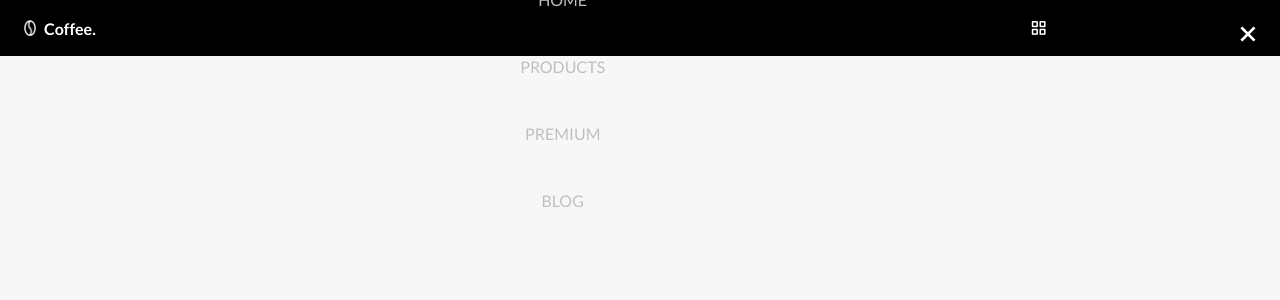
Repository: phong121020/coffee-responsive
Page: index.html
The author's editor kept a copy of each file at every save. The page is drawn from the files as they stood at one save, then again after the next save.
The browser window is 1280 px wide. The pictures show the whole page.

Above is the page before, as saved 2022-03-06 15:28:53.

### index.html
<!DOCTYPE html>
<html lang="en">
  <head>
    <meta charset="UTF-8" />
    <meta http-equiv="X-UA-Compatible" content="IE=edge" />
    <meta name="viewport" content="width=device-width, initial-scale=1.0" />
    <!-- link -->
    <link rel="stylesheet" href="./assets/css/style.css" />
    <!-- favicon -->
    <link
      rel="shortcut icon"
      href="./assets/img/favicon.png"
      type="image/x-icon"
    />
    <title>Document</title>
    <!-- boxicon -->
    <link
      href="https://unpkg.com/boxicons@2.1.1/css/boxicons.min.css"
      rel="stylesheet"
    />
  </head>
  <body>
    <!-- HEADER -->
    <header class="header" id="header">
      <nav class="nav container">
        <a href="#" class="nav__logo">
          <img src="./assets/img/logo.png" alt="" class="nav__logo-img" />
          Coffee.
        </a>
        <div class="nav__menu" id="nav-menu">
          <ul class="nav__list">
            <li class="nav__item">
              <a href="#home" class="nav__link">Home</a>
            </li>
            <li class="nav__item">
              <a href="#products" class="nav__link">Products</a>
            </li>
            <li class="nav__item">
              <a href="#premium" class="nav__link">Premium</a>
            </li>
            <li class="nav__item">
              <a href="#blog" class="nav__link">Blog</a>
            </li>
          </ul>
          <div class="nav__close" id="nav-close">
            <i class="bx bx-x"></i>
          </div>
        </div>
        <!-- Toggle button -->
        <div class="nav__toggle" id="nav-toggle">
          <i class="bx bx-grid-alt"></i>
        </div>
      </nav>
    </header>
    <!-- MAIN -->
    <main>
      <!-- HOME -->
      <section class="home grid" id="home">
        <div class="home__container">
          <div class="home__content container">
            <h1 class="home__title">
              Choose Your Favorite Coffe And Enjoy <span>.</span>
            </h1>
            <p class="home__desc">Buy the best and delicious coffees</p>
            <div class="home__data">
              <div class="home__data-group">
                <h2 class="home__data-number"></h2>
              </div>
            </div>
          </div>
        </div>
      </section>
    </main>
    <!-- JS -->
    <script src="./assets/js/app.js"></script>
  </body>
</html>

### assets/css/style.css
/*=============== GOOGLE FONTS ===============*/
@import url("https://fonts.googleapis.com/css2?family=Lato:wght@400;700&display=swap");

/*=============== VARIABLES CSS ===============*/
:root {
  --header-height: 3.5rem;

  /*========== Colors ==========*/
  --first-color: hsl(36, 72%, 48%);
  --first-color-alt: hsl(36, 72%, 44%);
  --black-color: hsl(206, 12%, 12%);
  --card-color: hsl(0, 0%, 90%);
  --title-color: hsl(206, 12%, 12%);
  --text-color: hsl(206, 4%, 42%);
  --text-color-light: hsl(206, 4%, 75%);
  --body-color: hsl(206, 4%, 97%);
  --container-color: #fff;

  /*========== Font and typography ==========*/
  --body-font: "Lato", sans-serif;
  --biggest-font-size: 2.25rem;
  --h1-font-size: 1.5rem;
  --h2-font-size: 1.25rem;
  --h3-font-size: 1rem;
  --normal-font-size: 0.938rem;
  --small-font-size: 0.813rem;
  --smaller-font-size: 0.75rem;

  /*========== Font weight ==========*/
  --font-bold: 700;

  /*========== z index ==========*/
  --z-tooltip: 10;
  --z-fixed: 100;
}

@media screen and (min-width: 968px) {
  :root {
    --biggest-font-size: 3.5rem;
    --h1-font-size: 2.25rem;
    --h2-font-size: 1.5rem;
    --h3-font-size: 1.25rem;
    --normal-font-size: 1rem;
    --small-font-size: 0.875rem;
    --smaller-font-size: 0.813rem;
  }
}

/*=============== BASE ===============*/
* {
  box-sizing: border-box;
  padding: 0;
  margin: 0;
}

html {
  scroll-behavior: smooth;
}

body {
  font-family: var(--body-font);
  font-size: var(--normal-font-size);
  background-color: var(--body-color);
  color: var(--text-color);
}

h1,
h2,
h3 {
  color: var(--title-color);
  font-weight: var(--font-bold);
}

h1,
h2,
h3,
p {
  line-height: 140%;
}

ul {
  list-style: none;
}

a {
  text-decoration: none;
}

img {
  max-width: 100%;
  height: auto;
}

button {
  border: none;
  outline: none;
  cursor: pointer;
}

/*=============== REUSABLE CSS CLASSES ===============*/
.container {
  max-width: 1024px;
  margin-left: 1.5rem;
  margin-right: 1.5rem;
}

.grid {
  display: grid;
  gap: 1.5rem;
}

.section {
  padding: 4.5rem 0 2rem;
}

.section__title {
  position: relative;
  font-size: var(--h1-font-size);
  padding-left: 1.25rem;
  margin-bottom: 2.5rem;
}

.section__title::before {
  content: "";
  position: absolute;
  top: 8px;
  left: 0;
  width: 3px;
  height: 20px;
  background-color: var(--first-color);
}

/* HEADER & NAV */
.header {
  width: 100%;
  background-color: #000;
  position: fixed;
  top: 0;
  left: 0;
  right: 0;
  z-index: var(--z-fixed);
}
.nav {
  height: var(--header-height);
  display: flex;
  justify-content: space-between;
  align-items: center;
}
.nav__logo,
.nav__toggle {
  color: #fff;
}
.nav__logo {
  display: flex;
  align-items: center;
  justify-content: center;
  column-gap: 0.5rem;
  font-weight: var(--font-bold);
}
.nav__logo-img {
  width: 0.75rem;
}
.nav__toggle {
  display: inline-flex;
  font-size: 1.15rem;
  cursor: pointer;
}

@media screen and (max-width: 767px) {
  .nav__menu {
    position: fixed;
    top: 0;
    right: -100%;
    background-color: var(--black-color);
    width: 100%;
    height: 100%;
    transition: 0.3s;
  }
  .nav__menu.is-show {
    right: 0;
  }
}
.nav__list {
  display: flex;
  flex-direction: column;
  text-align: center;
  row-gap: 3rem;
  padding-top: 9rem;
}
.nav__link {
  text-transform: uppercase;
  color: var(--text-color-light);
  transition: 0.3s;
}
.nav__link:hover {
  color: #fff;
}
.nav__close {
  font-size: 2rem;
  position: absolute;
  top: 1rem;
  right: 1rem;
  color: #fff;
  cursor: pointer;
}

### assets/js/app.js
// SHOW MENU
const navToggle = document.querySelector(".nav__toggle");
const navMenu = document.querySelector(".nav__menu");
const navClose = document.querySelector(".nav__close");
const navItem = document.querySelectorAll(".nav__item");
// MENU SHOW
if (navToggle) {
  navToggle.addEventListener("click", function () {
    navMenu.classList.add("is-show");
  });
}
//  MENU HIDDEN
if (navClose) {
  navClose.addEventListener("click", function () {
    navMenu.classList.remove("is-show");
  });
}
// REMOVE MENU MOBILE
[...navItem].forEach((item) =>
  item.addEventListener("click", function () {
    navMenu.classList.remove("is-show");
  })
);

After the next save:
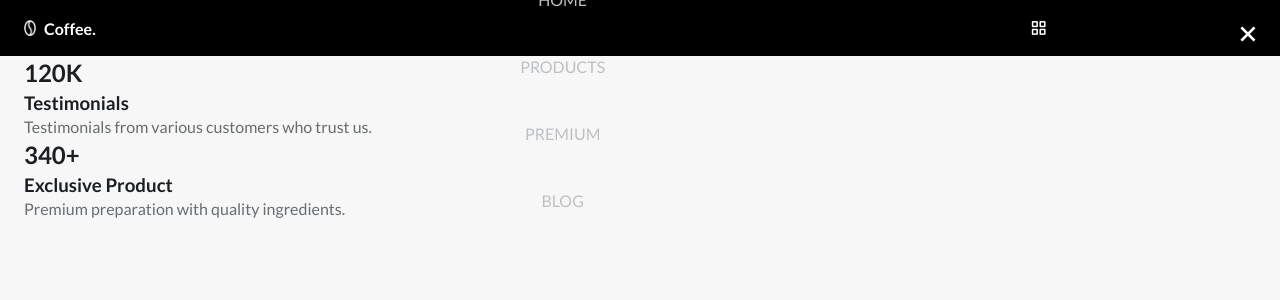
Saved 2 min 26 s later.
--- a/index.html
+++ b/index.html
@@ -64,7 +64,18 @@
             <p class="home__desc">Buy the best and delicious coffees</p>
             <div class="home__data">
               <div class="home__data-group">
-                <h2 class="home__data-number"></h2>
+                <h2 class="home__data-number">120K</h2>
+                <h3 class="home__data-title">Testimonials</h3>
+                <p class="home__data-desc">
+                  Testimonials from various customers who trust us.
+                </p>
+              </div>
+              <div class="home__data-group">
+                <h2 class="home__data-number">340+</h2>
+                <h3 class="home__data-title">Exclusive Product</h3>
+                <p class="home__data-desc">
+                  Premium preparation with quality ingredients.
+                </p>
               </div>
             </div>
           </div>
